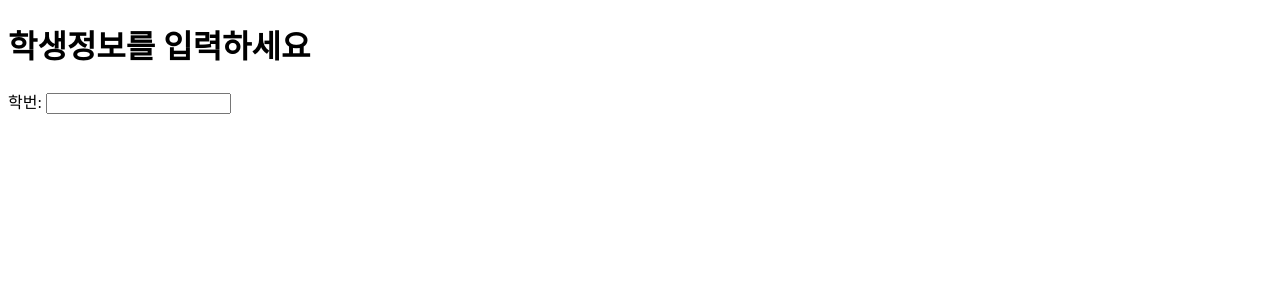
Repository: shashak23/spring_workspace
Page: springweb/src/main/webapp/resources/sample05/testController08.html
The author's editor kept a copy of each file at every save. The page is drawn from the files as they stood at one save, then again after the next save.
The browser window is 1280 px wide. The pictures show the whole page.

Above is the page before, as saved 2023-02-27 07:11:25.

### springweb/src/main/webapp/resources/sample05/testController08.html
<!DOCTYPE html>
<html>
<head>
<meta charset="UTF-8">
<title>Insert title here</title>
</head>
<body>
	<h1>학생정보를 입력하세요</h1>
		<form action="/springweb/modelAttributes2 method="post">
			학번: <input type="number" name="userNumber">
		</form>
</body>
</html>

After the next save:
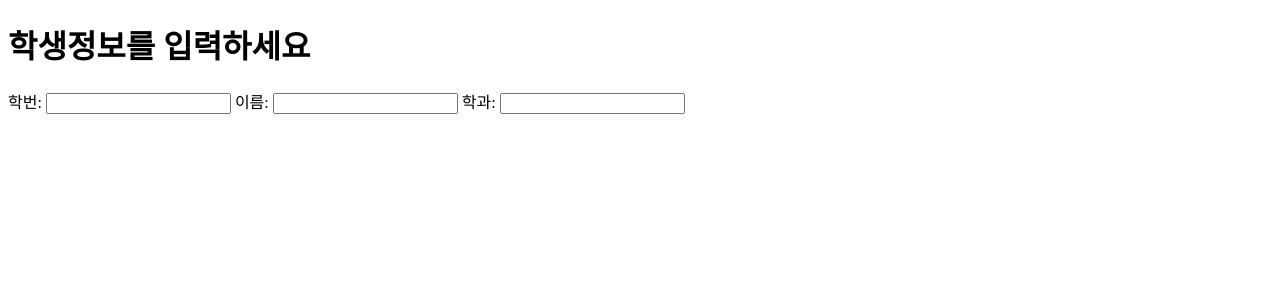
Saved 44 s later.
--- a/springweb/src/main/webapp/resources/sample05/testController08.html
+++ b/springweb/src/main/webapp/resources/sample05/testController08.html
@@ -8,6 +8,8 @@
 	<h1>학생정보를 입력하세요</h1>
 		<form action="/springweb/modelAttributes2 method="post">
 			학번: <input type="number" name="userNumber">
+			이름: <input type="text" name="userName">
+			학과: <input type="text" name="userDept">
 		</form>
 </body>
 </html>
